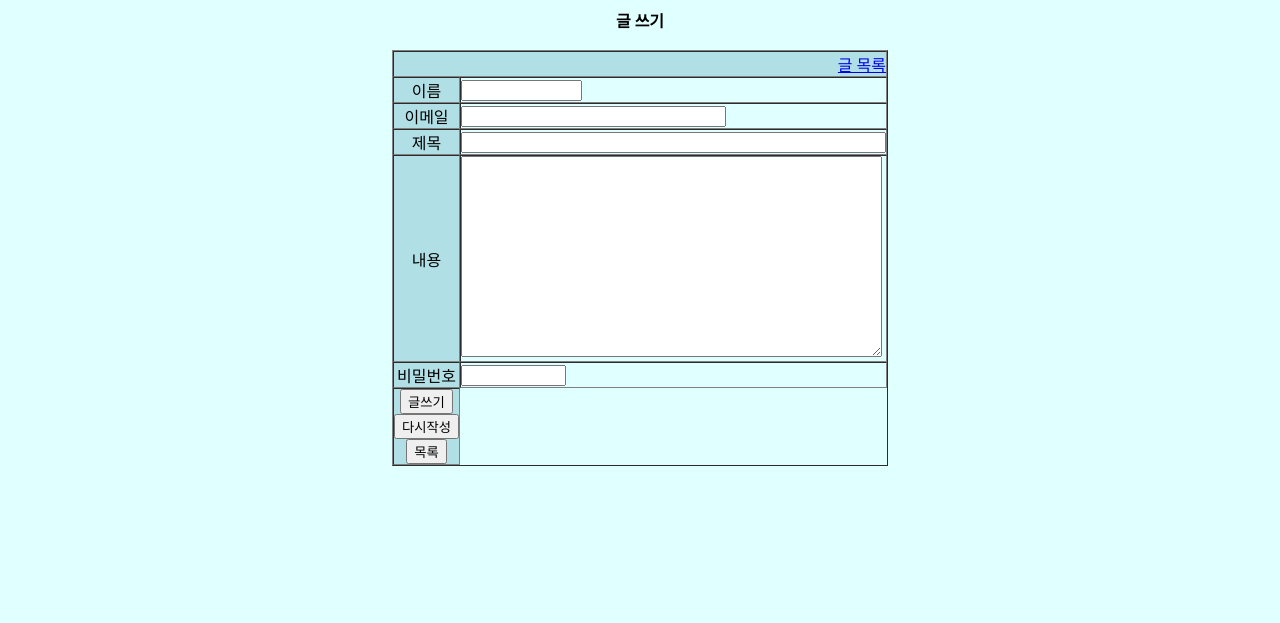
Repository: YEUMSEHWAN/JSP-Study
Page: http://localhost/ServletProjet/boardone/writeForm.jsp
These files come from the project's save history. The page is drawn as it stood at one moment and after the next save; the edit follows.
The browser window is 1280 px wide. The pictures show the whole page.
The page is served by Tomcat 9. Other server files are loaded and not shown.

Above is the page before, as saved 2022-08-16 07:25:00.

### ServletProjet/src/main/webapp/boardone/writeForm.jsp
<%@ page language="java" contentType="text/html; charset=UTF-8"
    pageEncoding="UTF-8"%>
    <%@include file = "view/color.jsp" %>



<!DOCTYPE html>
<html>
<head>
<meta charset="UTF-8">
<title>My Board</title>
<link rel="stylesheet" type="text/css" href="style.css">


</head>
<body bgcolor="<%=bodyback_c%>">

<div align = "center"><b>글 쓰기</b><br><br>
<form action="writeProc.jsp" method ="post" name="writeForm" onsubmit="return writeSave()">
<table width = "400" border="1" cellpadding=0 cellspacing = "0" aligh = "center" bgcolor = "<%=bodyback_c%>">
<tr>
	<td align = "right" colspan = "2" bgcolor="<%=value_c%>">
	<a href = "lish.jsp">글 목록</a>
	</td>
</tr>

<tr>
<td width ="70" bgcolor = "<%=value_c%>" align = "center">이름</td>
<td width ="330">
<input type = "text" size ="12" maxlength="12" ame = "writer">
</td>
</tr>

<tr>
<td width ="70" bgcolor = "<%=value_c%>" align = "center">이메일</td>
<td width ="330">
<input type = "text" size ="30" maxlength="30" ame = "email">
</td>
</tr>

<tr>
<td width ="70" bgcolor = "<%=value_c%>" align = "center">제목</td>
<td width ="330">
<input type = "text" size ="50" maxlength="50" ame = "subject">
</td>
</tr>

<tr>
<td width ="70" bgcolor = "<%=value_c%>" align = "center">내용</td>
<td width ="330">
<textarea rows="13" cols="50" name = "content"></textarea>
</td>
</tr>

<tr>
<td width ="70" bgcolor = "<%=value_c%>" align = "center">비밀번호</td>
<td width ="330">
<input type = "password" size ="10" maxlength="10" ame = "pass">
</td>
</tr>

<tr>
<td colsan = "2" bgcolor = "<%=value_c%>" align = "center">
	<input type = "submit" value = "글쓰기">
	<input type = "reset" value = "다시작성">
	<input type = "button" value = "목록" onclick = "window.location='list.jsp'">

</tr>
</table>
</form>
</div>

</body>
</html>

### ServletProjet/src/main/webapp/boardone/view/color.jsp
<%@ page language="java" contentType="text/html; charset=UTF-8"
    pageEncoding="UTF-8"%>

    <%
    String bodyback_c = "#e0ffff";
    String back_c = "#8fbc8f";
    String title_c = "#5f9ea0";
    String value_c = "#b0e0e6";
    String bar= "#778899";
    %>







<!DOCTYPE html>
<html>
<head>
<meta charset="UTF-8">
<title></title>
</head>
<body>

</body>
</html>

Loaded but not shown: ServletProjet/src/main/webapp/boardone/style.css (common file)

After the next save:
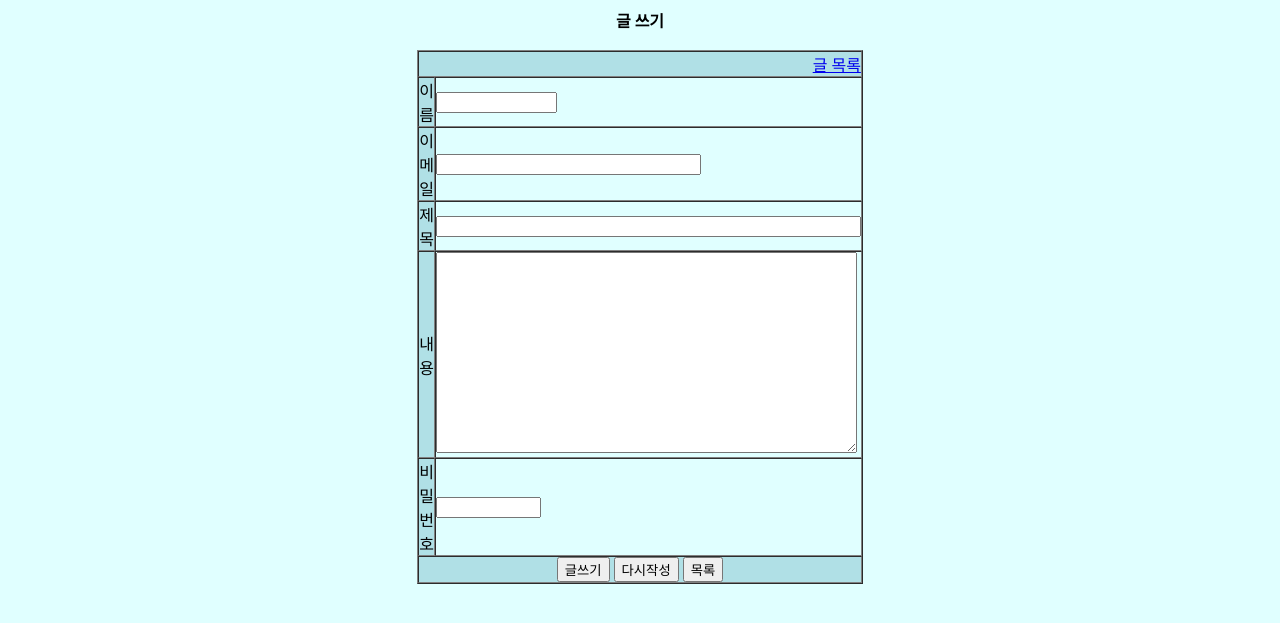
Saved 13 s later.
--- a/ServletProjet/src/main/webapp/boardone/writeForm.jsp
+++ b/ServletProjet/src/main/webapp/boardone/writeForm.jsp
@@ -60,11 +60,11 @@
 </tr>
 
 <tr>
-<td colsan = "2" bgcolor = "<%=value_c%>" align = "center">
+<td colspan = "2" bgcolor = "<%=value_c%>" align = "center">
 	<input type = "submit" value = "글쓰기">
 	<input type = "reset" value = "다시작성">
 	<input type = "button" value = "목록" onclick = "window.location='list.jsp'">
-
+</td>
 </tr>
 </table>
 </form>
